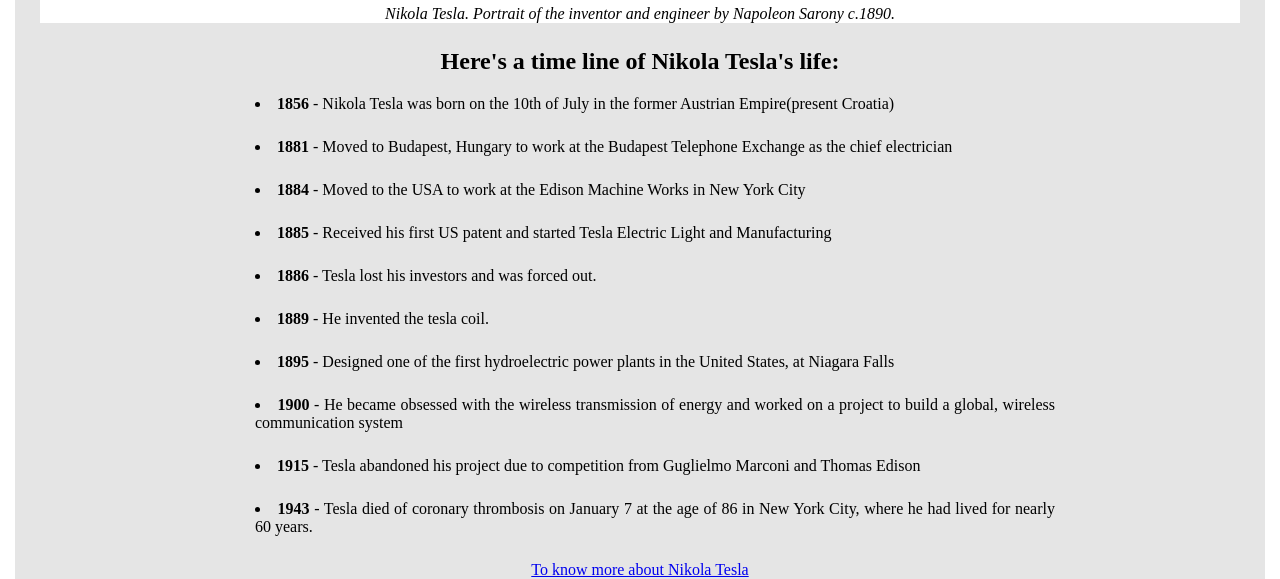
Repository: Avishka217/Tribute-Page
Page: index.html
These files come from the project's save history. The page is drawn as it stood at one moment and after the next save; the edit follows.
The browser window is 1280 px wide. The pictures show the part of the page from y = 576 to 1191 px (the page is 1155 px tall before and 1191 px after).
A picture or video elsewhere on the page could not be fetched, so the positions and the page height are approximate.

Above is the page before, as saved 2020-03-18 18:36:14.

After the next save:
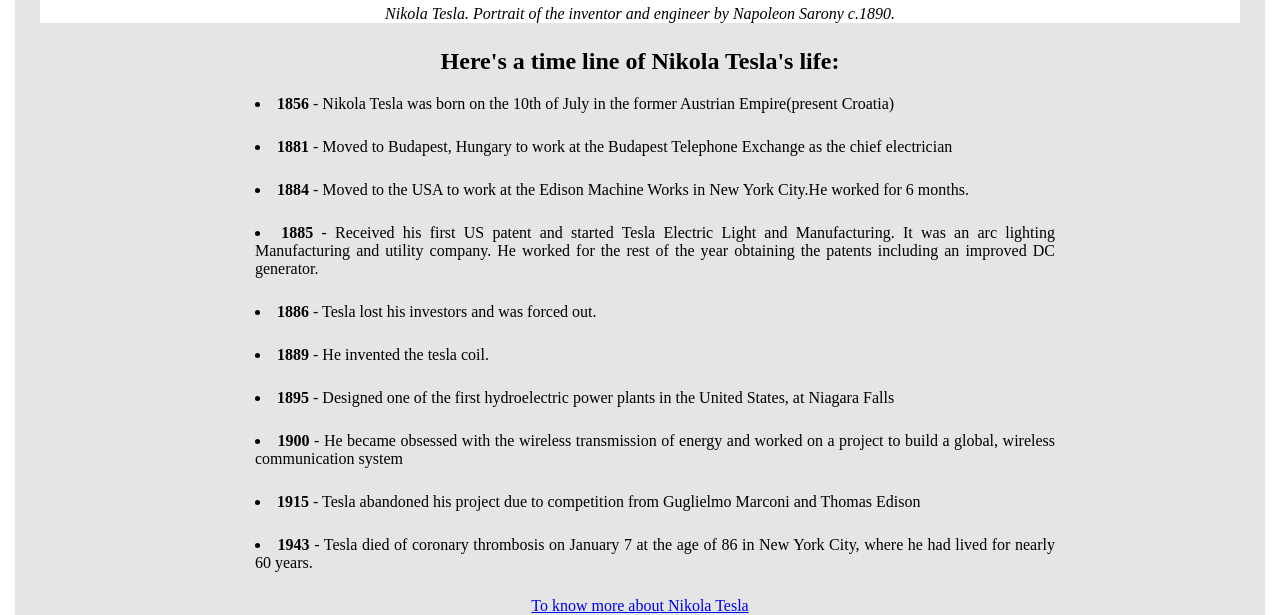
Saved 68 min 43 s later.
--- a/index.html
+++ b/index.html
@@ -33,8 +33,13 @@
                     Croatia)</li>
                 <li><b>1881</b> - Moved to Budapest, Hungary to work at the Budapest Telephone Exchange as the chief
                     electrician</li>
-                <li><b>1884</b> - Moved to the USA to work at the Edison Machine Works in New York City</li>
-                <li><b>1885</b> - Received his first US patent and started Tesla Electric Light and Manufacturing</li>
+                <li><b>1884</b> - Moved to the USA to work at the Edison Machine Works in New York City.He worked for 6
+                    months.
+                </li>
+                <li><b>1885</b> - Received his first US patent and started Tesla Electric Light and Manufacturing. It
+                    was an arc lighting Manufacturing
+                    and utility company. He worked for the rest of the year obtaining the patents including an improved
+                    DC generator.</li>
                 <li><b>1886</b> - Tesla lost his investors and was forced out.</li>
                 <li><b>1889</b> - He invented the tesla coil.</li>
                 <li><b>1895</b> - Designed one of the first hydroelectric power plants in the United States, at Niagara
